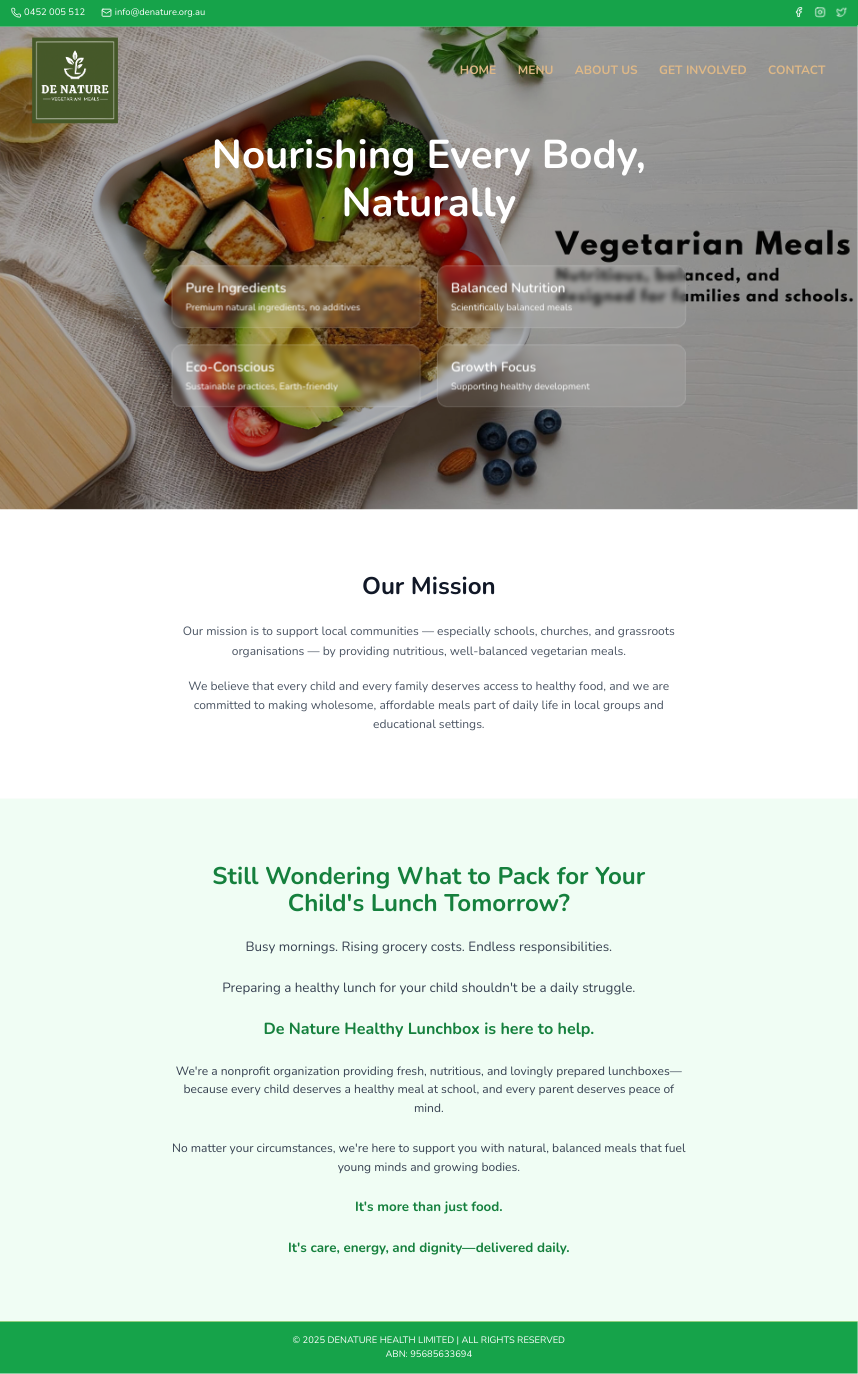
Repository: sunnyyan01/denature-website
Page: /
These files come from the project's save history. The page is drawn as it stood at one moment and after the next save; the edit follows.
The browser window is 1280 px wide. The pictures show the whole page, at 67% of full size.
The project was rebuilt for these pictures with package versions that can differ from the ones it lists, and the page was loaded fresh each time. The framework's server and built-in components were replaced by stand-ins that run in the browser. Also part of the build but not shown: next.config.js.

Above is the page before, as saved 2025-05-11 20:47:28.

After the next save:
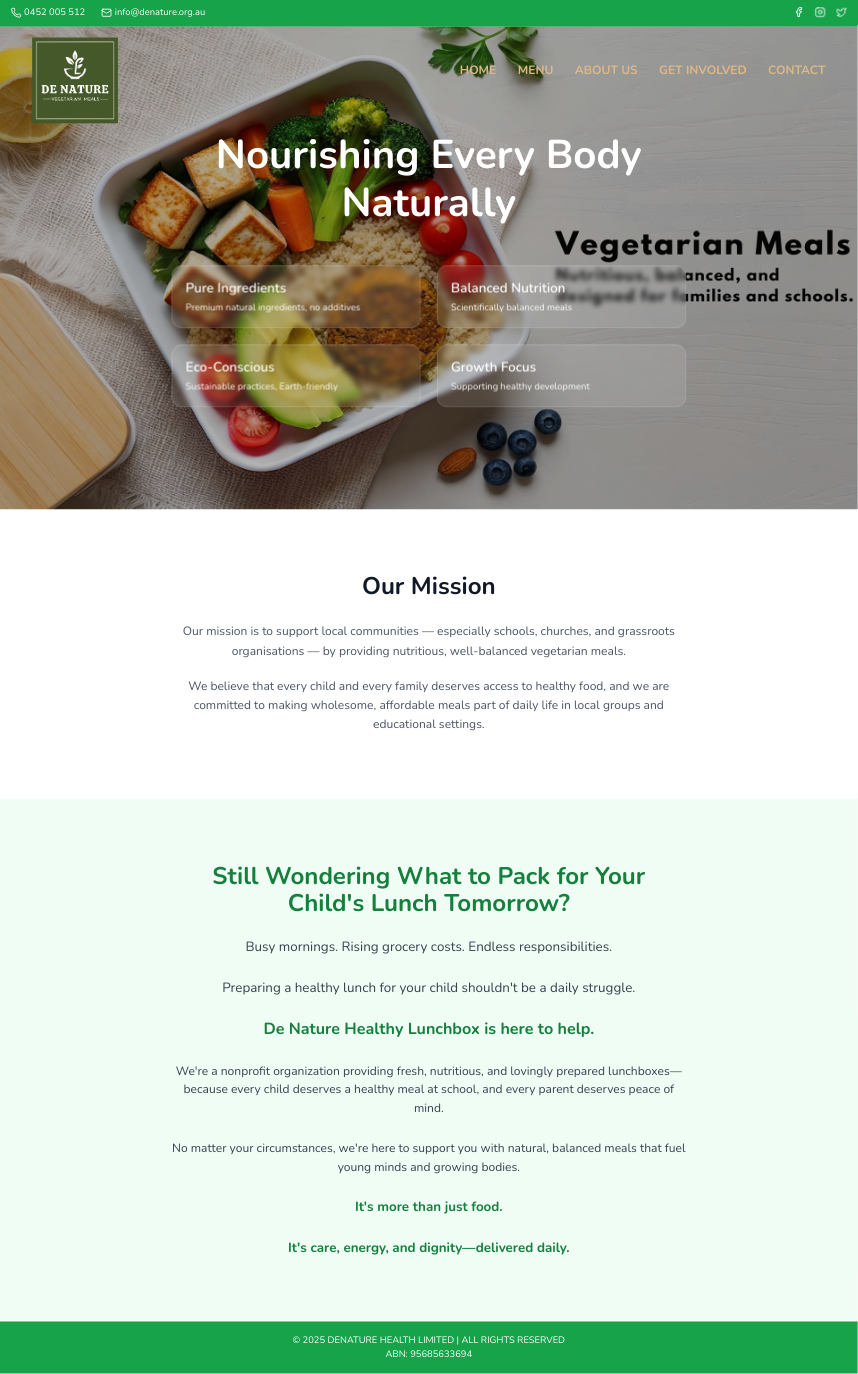
Saved 87 s later.
--- a/src/app/page.tsx
+++ b/src/app/page.tsx
@@ -38,7 +38,7 @@
         <div className="relative container mx-auto px-4 h-screen flex items-start pt-32">
           <div className="max-w-6xl mx-auto w-full pt-8">
             <h1 className="text-4xl md:text-6xl font-bold text-white mb-16 leading-[1.3] font-heading text-center">
-              <div className="mb-1 md:mb-3">Nourishing Every Body,</div>
+              <div className="mb-1 md:mb-3">Nourishing Every Body</div>
               <div>Naturally</div>
             </h1>
             {/* 四个特点 */}
